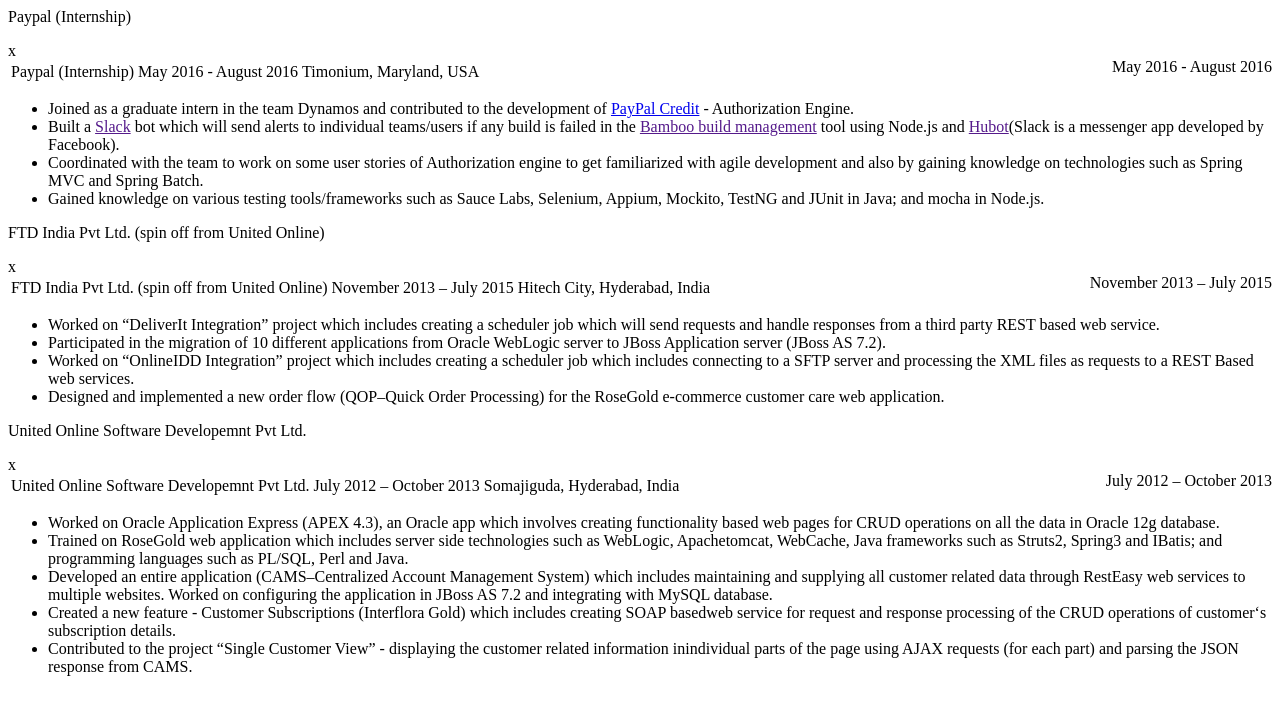
Repository: phanindrakannaji/Resume
Page: http://localhost/application/pages/experience.php
These files come from the project's save history. The page is drawn as it stood at one moment and after the next save; the edit follows.
The browser window is 1280 px wide. The pictures show the whole page.
The page is run by PHP 8.4 with error messages shown; the project is at /var/www/html/.

Above is the page before, as saved 2016-09-25 17:08:35.
Console error: ReferenceError: $ is not defined

After the next save:
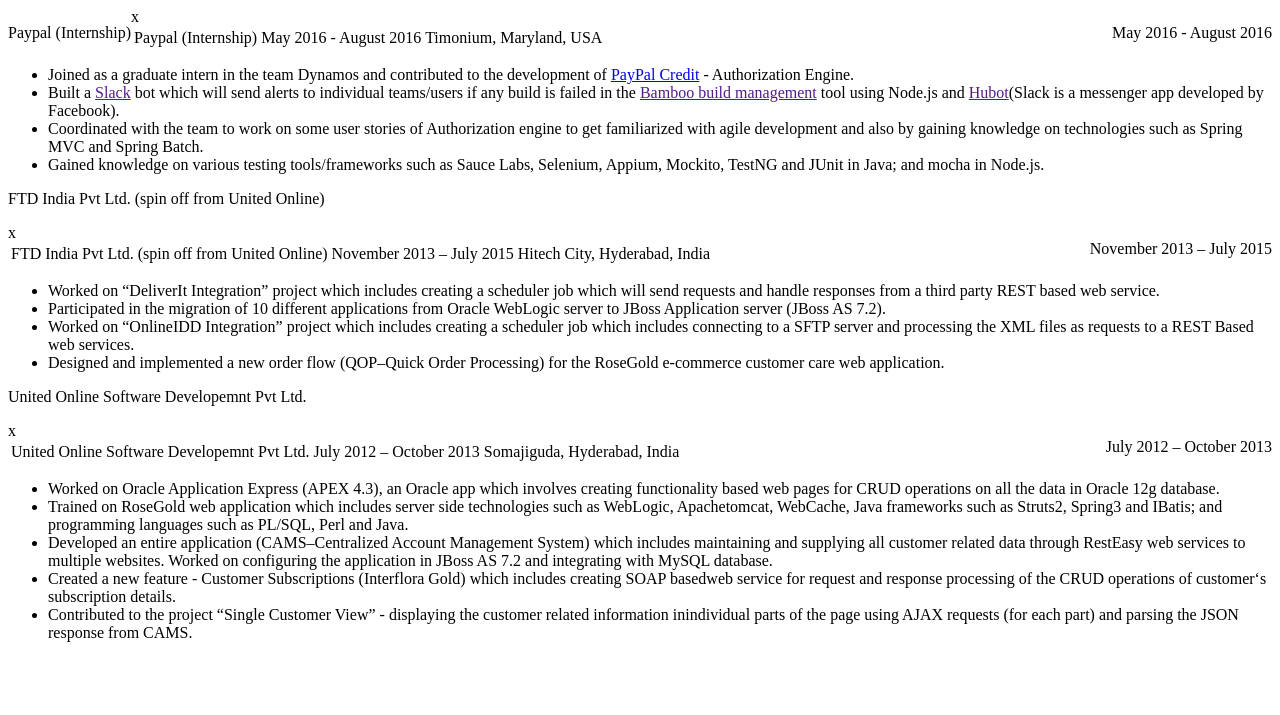
Saved 19 s later.
--- a/Resume/application/pages/experience.php
+++ b/Resume/application/pages/experience.php
@@ -2,7 +2,7 @@
 	src="../resources/scripts/refreshScript.js"></script>
 <div class="divExperience customfont2">
 	<div class="divExperienceHeading">
-		<p class="expHeading">Paypal (Internship)</p>
+		<p class="expHeading" style="float: left;">Paypal (Internship)</p>
 		<p class="expHeadingContent" style="float: right;">May 2016 - August
 			2016</p>
 	</div>
